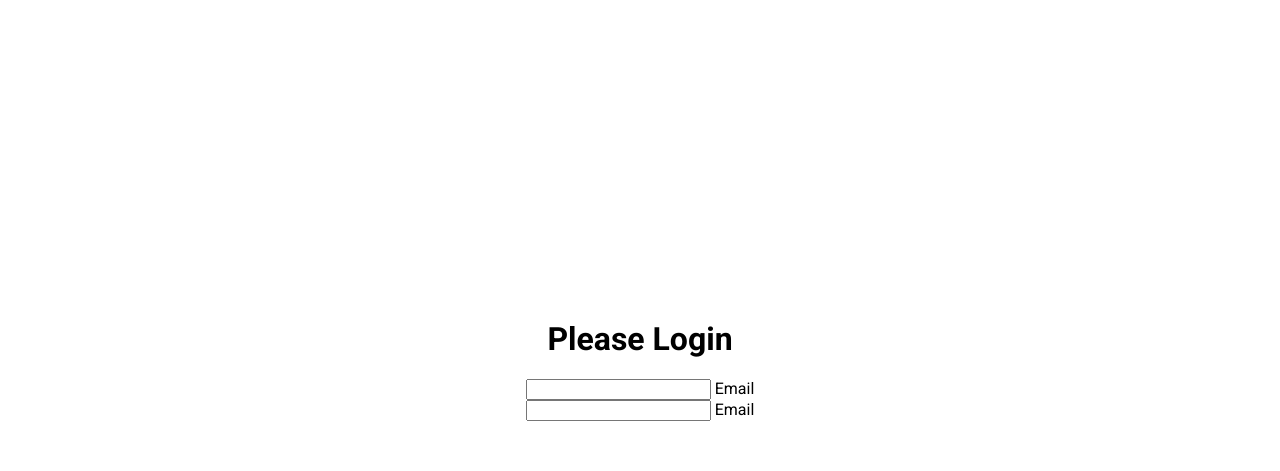
Repository: eagle-tex/50-projects-BT
Page: 08-form-wave-animation/index.html
The author's editor kept a copy of each file at every save. The page is drawn from the files as they stood at one save, then again after the next save.
The browser window is 1280 px wide. The pictures show the whole page.

Above is the page before, as saved 2021-01-07 20:18:42.

After the next save:
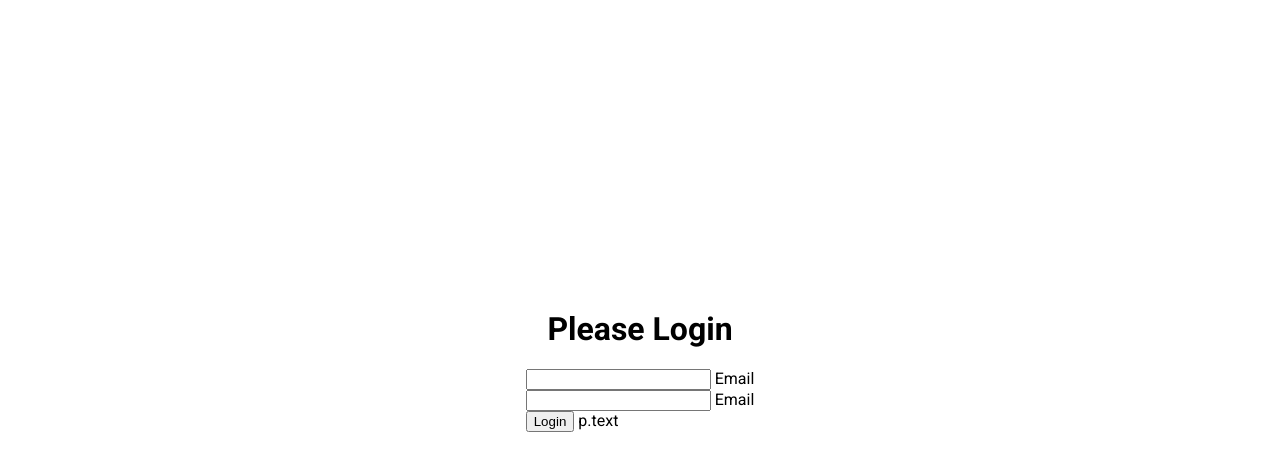
Saved 3 min 29 s later.
--- a/08-form-wave-animation/index.html
+++ b/08-form-wave-animation/index.html
@@ -20,6 +20,10 @@
       <input type="text" required>
       <label for="">Email</label>
     </div>
+
+    <button class="btn">Login</button>
+
+    p.text
   </form>
 
   <script src="script.js"></script>
